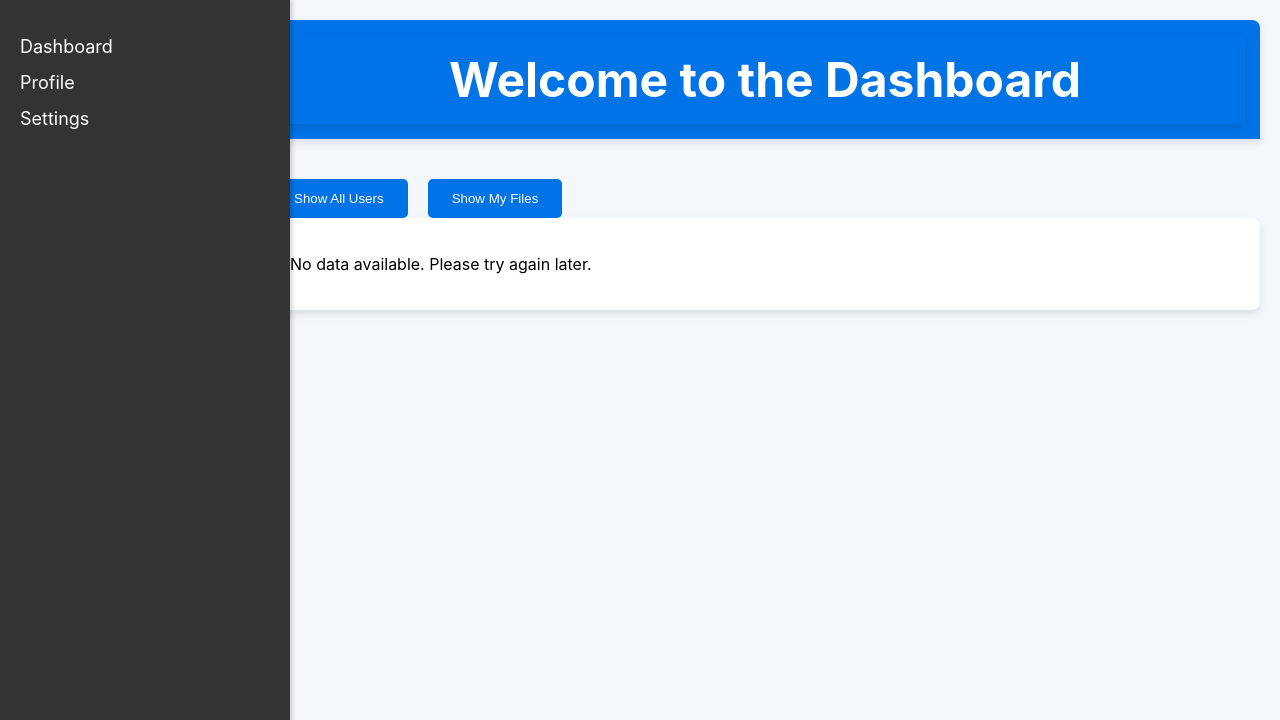
Repository: JaafarRezk/FrontEnd-InternetApplications
Page: /dashboard
The author's editor kept a copy of each file at every save. The page is drawn from the files as they stood at one save, then again after the next save.
The browser window is 1280 px wide. The pictures show the whole page.
The project was rebuilt for these pictures with package versions that can differ from the ones it lists, and the page was loaded fresh each time. Also part of the build but not shown: src/styles/Home.module.css, src/components/Home.js, src/styles/Auth.module.css, src/components/Auth/Login.js, src/components/Auth/Register.js.

Above is the page before, as saved 2024-11-09 16:47:21.

After the next save:
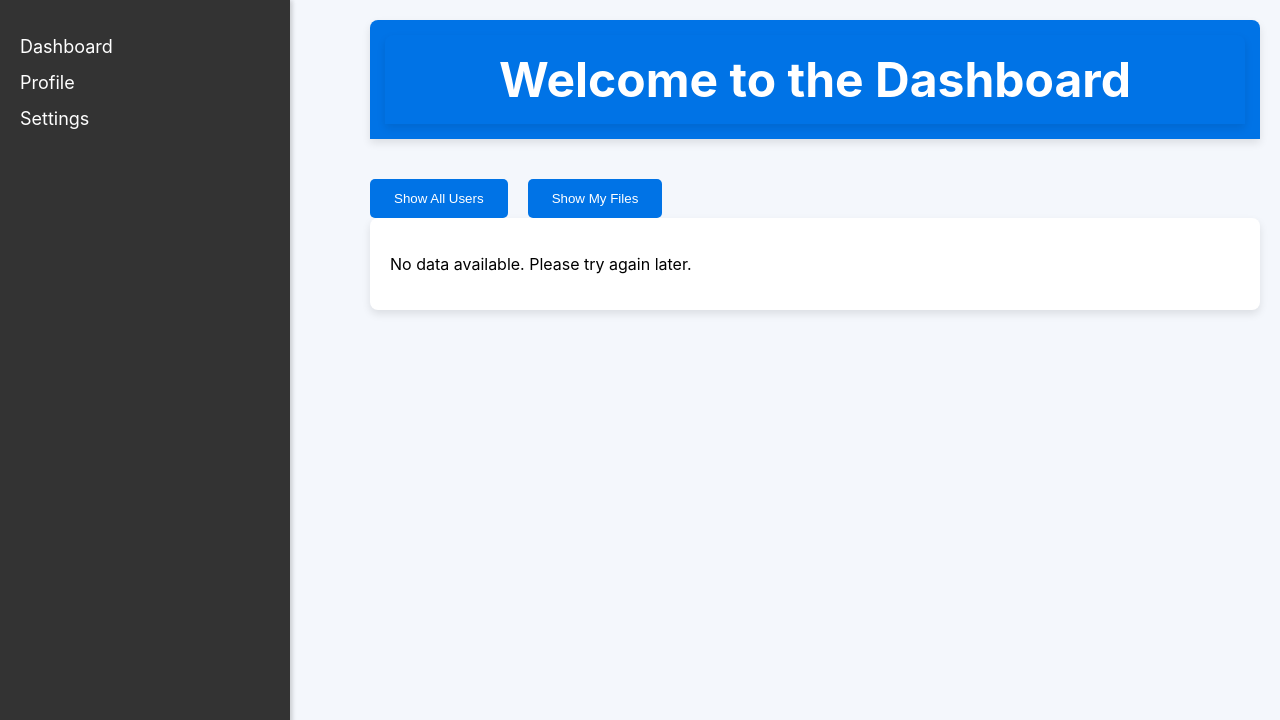
Saved 5 s later.
--- a/src/styles/Dashboard.module.css
+++ b/src/styles/Dashboard.module.css
@@ -7,7 +7,7 @@
 
   .mainContent {
     flex: 1;
-    margin-left: 250px; /* Space for Sidebar */
+    margin-left: 350px; /* Space for Sidebar */
     padding: 20px;
   }
 
